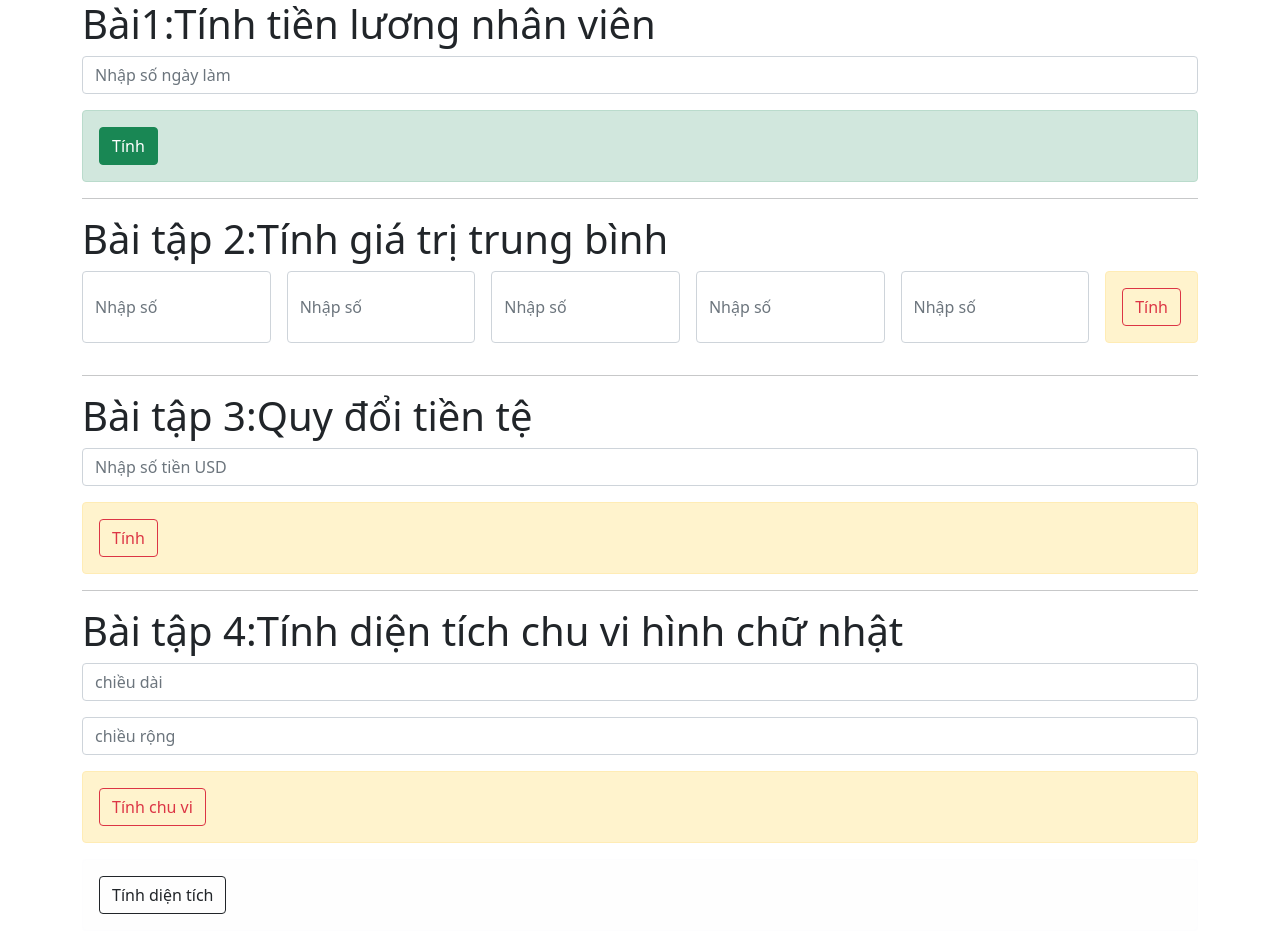
Repository: qkhanh1104k/Js-buoi2-3_giaodienbuoi1
Page: index.html
The author's editor kept a copy of each file at every save. The page is drawn from the files as they stood at one save, then again after the next save.
The browser window is 1280 px wide. The pictures show the whole page.

Above is the page before, as saved 2022-07-21 11:26:01.

After the next save:
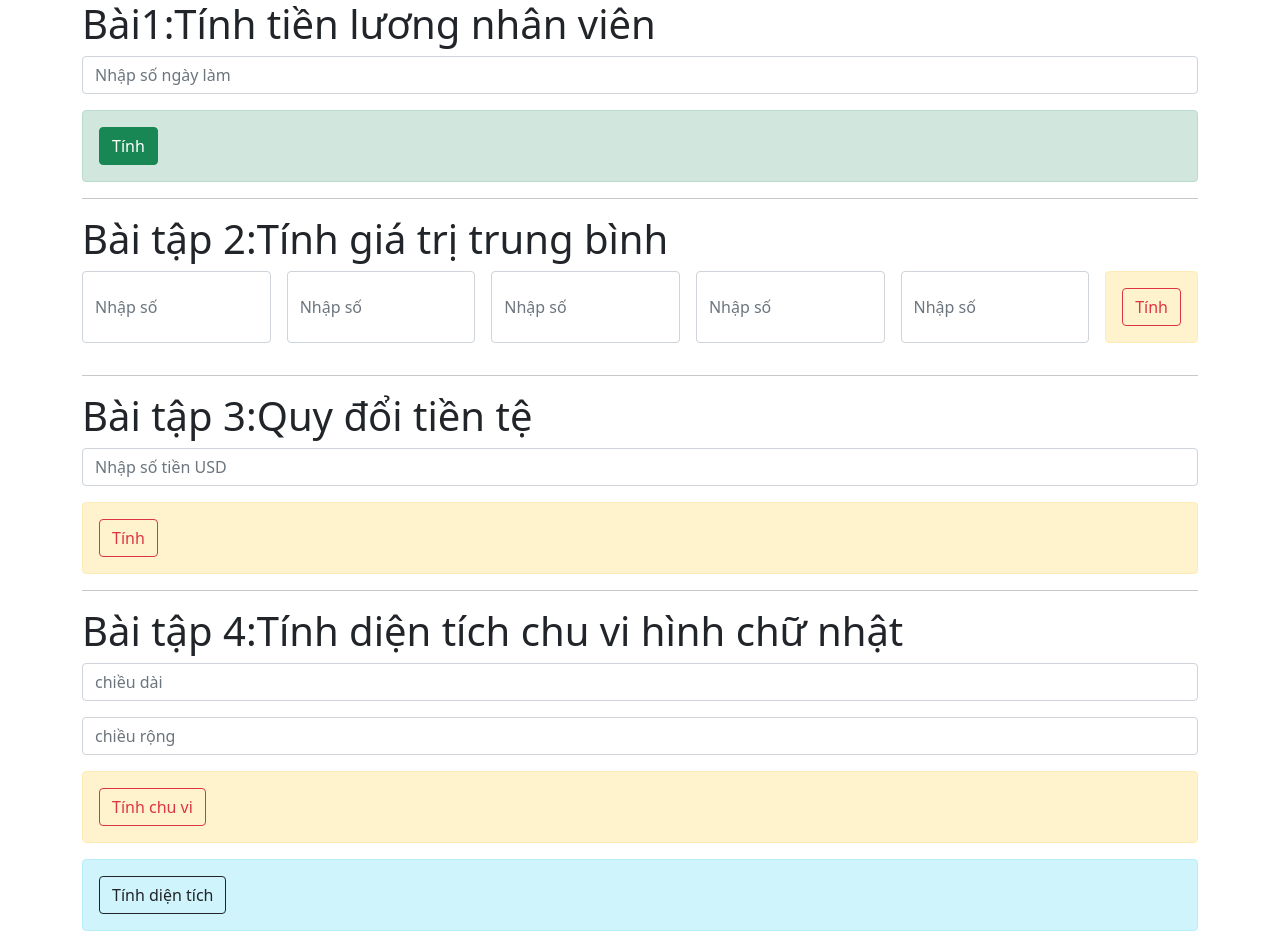
Saved 7 s later.
--- a/index.html
+++ b/index.html
@@ -56,7 +56,7 @@
             <div id="resBt41" class="alert alert-warning">
                 <button class="btn btn-outline-danger" onclick="calcPerimeter()">Tính chu vi</button>
             </div>
-            <div id="resBt42" class="alert alert-light">
+            <div id="resBt42" class="alert alert-info">
                 <button class="btn btn-outline-dark" onclick="calcSquare()">Tính diện tích</button>
             </div>
         </div>
